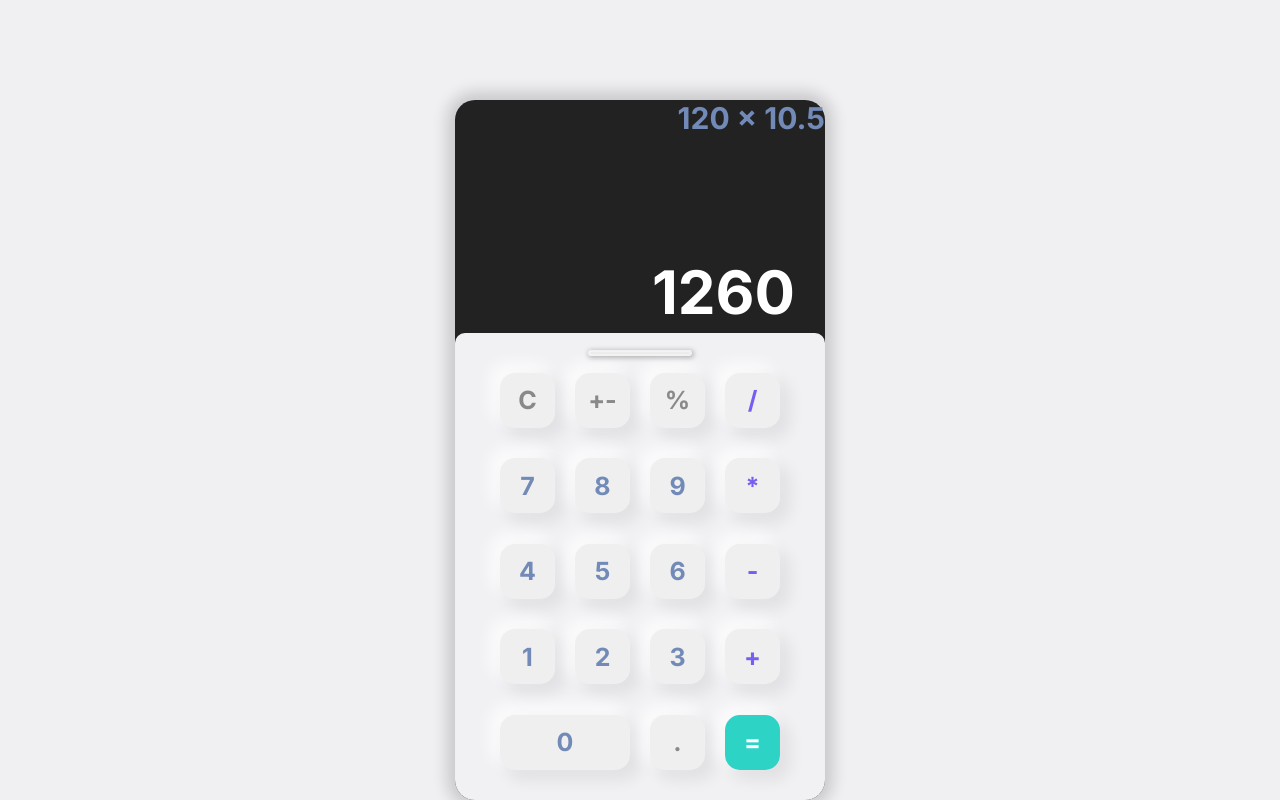
Repository: BrunoBross/calculator
Page: index.html
An editor plug-in stored every save of this project. The page is shown before and after the next save, followed by the edit.
The browser window is 1280 px wide. The pictures show the whole page.

Above is the page before, as saved 2021-12-01 00:22:13.

After the next save:
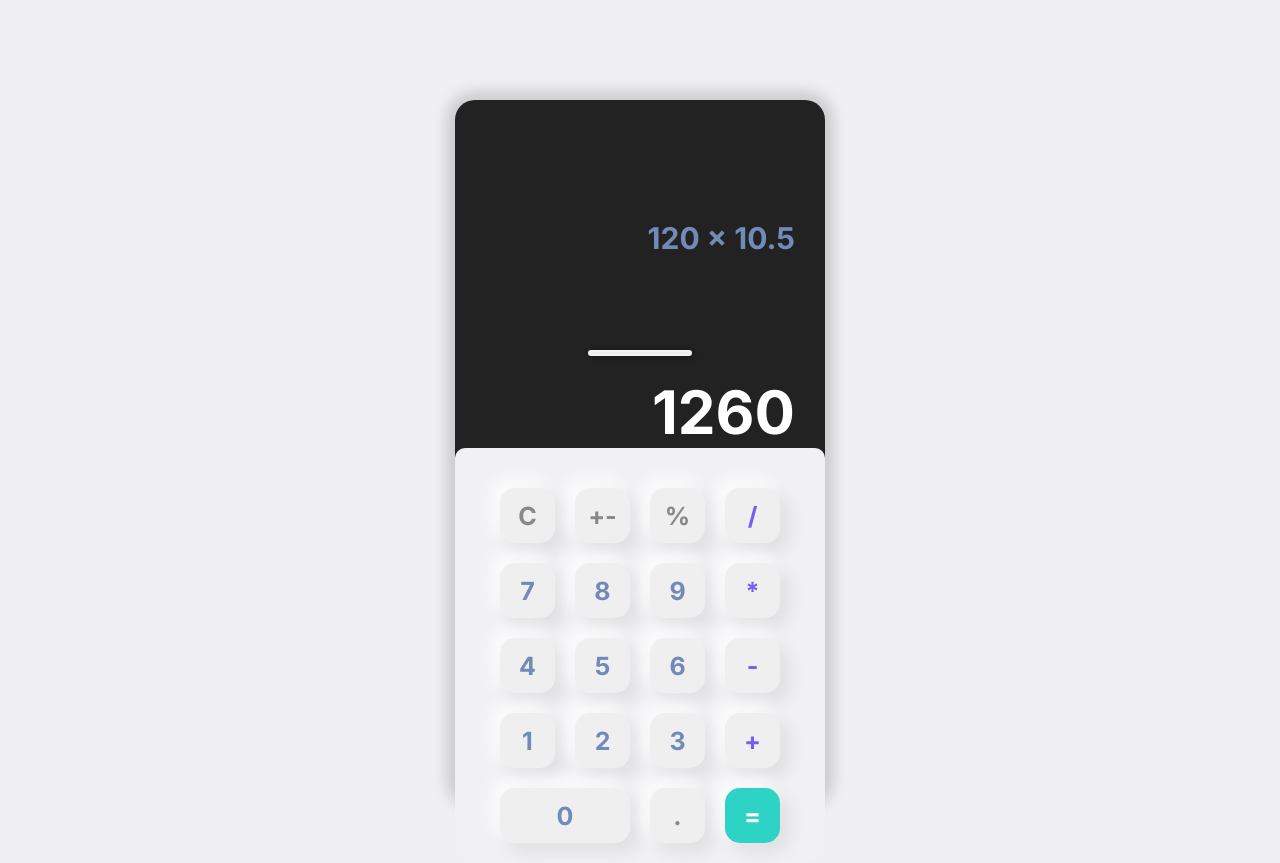
Saved 36 s later.
--- a/style.css
+++ b/style.css
@@ -42,6 +42,8 @@
 #history{
   font-size: 30px;
   color: #728AB7;
+  margin-top: 120px;
+  margin-right: 30px;
 }
 
 .buttons{

After the save that followed:
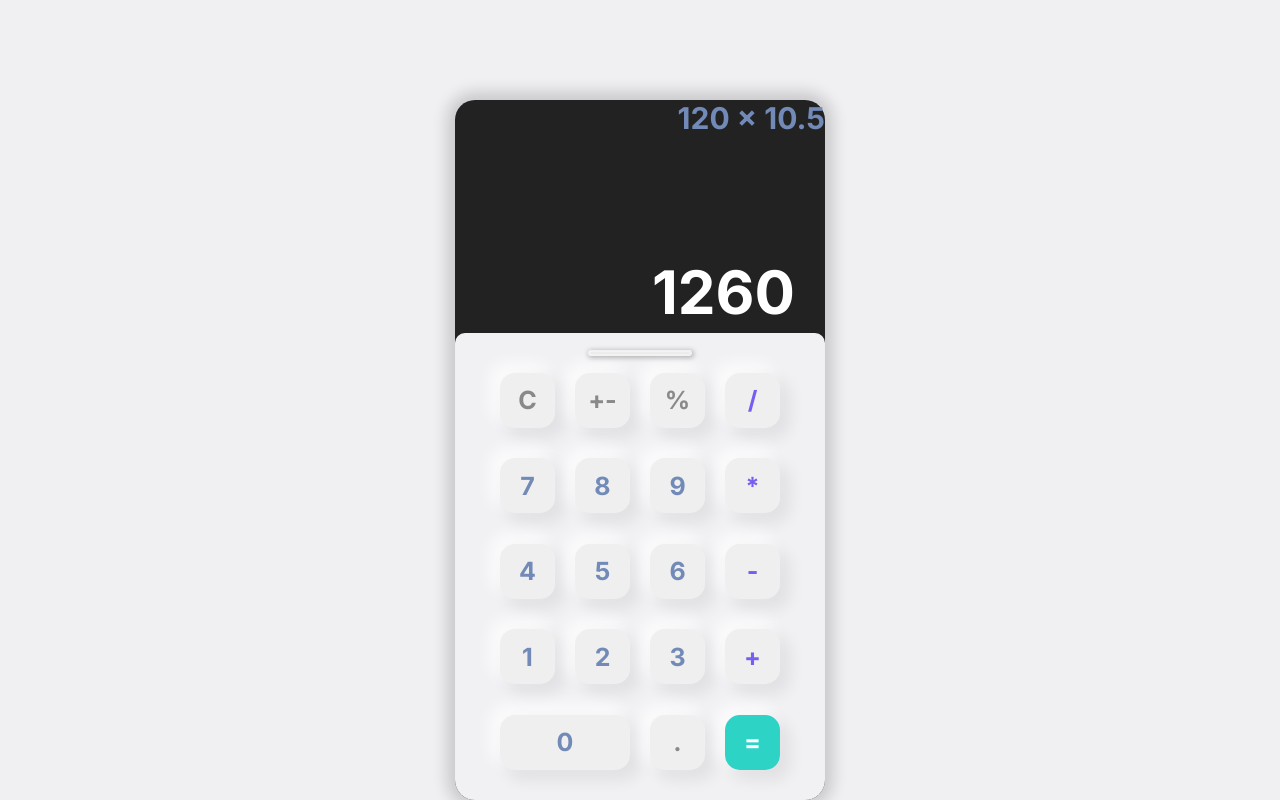
Saved 5 s later.
--- a/style.css
+++ b/style.css
@@ -42,8 +42,6 @@
 #history{
   font-size: 30px;
   color: #728AB7;
-  margin-top: 120px;
-  margin-right: 30px;
 }
 
 .buttons{
